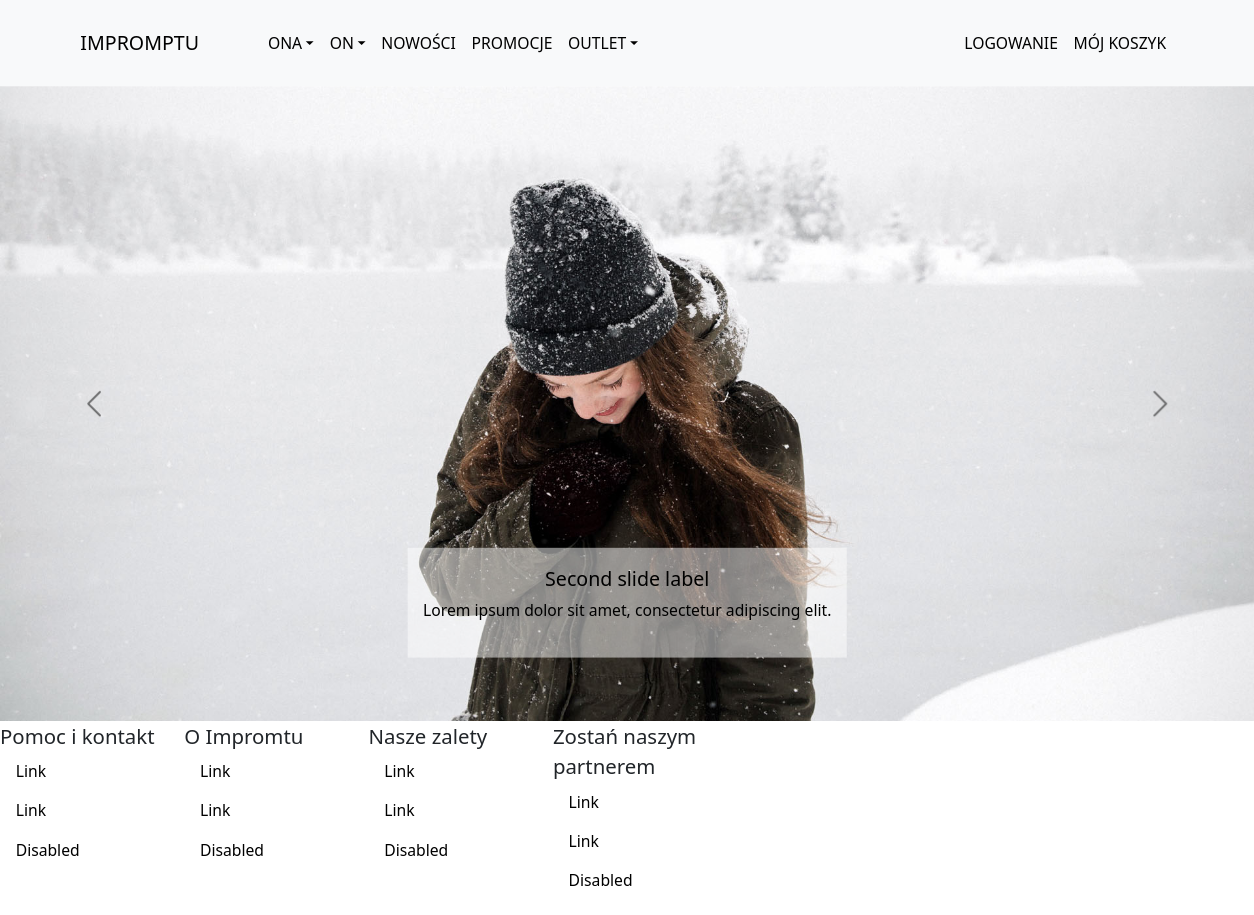
Repository: michalgornicki/Impromptu
Page: /
These files come from the project's save history. The page is drawn as it stood at one moment and after a run of saves; the edit follows.
The browser window is 1280 px wide. The pictures show the whole page, at 98% of full size.
The project was rebuilt for these pictures with package versions that can differ from the ones it lists, and the page was loaded fresh each time.

Above is the page before, as saved 2021-12-23 13:41:00.

### src/App.jsx
import React from "react";
import "./App.css";
import "bootstrap/dist/css/bootstrap.min.css";
import Container from "react-bootstrap/Container";
import Navbar from "react-bootstrap/Navbar";
import Nav from "react-bootstrap/Nav";
import NavDropdown from "react-bootstrap/NavDropdown";
import Carousel from "react-bootstrap/Carousel";
import Row from "react-bootstrap/Row";
import Col from "react-bootstrap/Col";
import photo1 from "./1.jpg";
import photo2 from "./2.jpg";
import photo3 from "./3.jpg";
import photo4 from "./4.jpg";
import photo5 from "./5.jpg";

function App() {
  return (
    <p>
      <Navbar
        collapseOnSelect
        expand="lg"
        bg="light"
        variant="light"
        className="py-4 display-8 text-dark"
      >
        <Container>
          <Navbar.Brand href="#home" className="w-15">IMPROMPTU</Navbar.Brand>
          <Navbar.Toggle aria-controls="responsive-navbar-nav" />
          <Navbar.Collapse id="responsive-navbar-nav">
            <Nav className="me-auto">
              <NavDropdown title="ONA" id="collasible-nav-dropdown">
                <NavDropdown.Item href="#action/3.1">Action</NavDropdown.Item>
                <NavDropdown.Item href="#action/3.2">
                  Another action
                </NavDropdown.Item>
                <NavDropdown.Item href="#action/3.3">
                  Something
                </NavDropdown.Item>
                <NavDropdown.Divider />
                <NavDropdown.Item href="#action/3.4">
                  Separated link
                </NavDropdown.Item>
              </NavDropdown>
              <NavDropdown title="ON" id="collasible-nav-dropdown">
                <NavDropdown.Item href="#action/3.1">Action</NavDropdown.Item>
                <NavDropdown.Item href="#action/3.2">
                  Another action
                </NavDropdown.Item>
                <NavDropdown.Item href="#action/3.3">
                  Something
                </NavDropdown.Item>
                <NavDropdown.Divider />
                <NavDropdown.Item href="#action/3.4">
                  Separated link
                </NavDropdown.Item>
              </NavDropdown>
              <Nav.Link href="#pricing">NOWOŚCI</Nav.Link>
              <Nav.Link href="#pricing">PROMOCJE</Nav.Link>
              <NavDropdown title="OUTLET" id="collasible-nav-dropdown">
                <div className="flex flex-column">
                  <div className="container">
                <NavDropdown.Item href="#action/3.1">Action</NavDropdown.Item>
                <NavDropdown.Item href="#action/3.2">
                  Another action
                </NavDropdown.Item>
                <NavDropdown.Item href="#action/3.3">
                  Something
                </NavDropdown.Item>
                <NavDropdown.Divider />
                <NavDropdown.Item href="#action/3.4">
                  Separated link
                </NavDropdown.Item>
                </div>
                <div className="container">
                <NavDropdown.Item href="#action/3.1">Action</NavDropdown.Item>
                <NavDropdown.Item href="#action/3.2">
                  Another action
                </NavDropdown.Item>
                <NavDropdown.Item href="#action/3.3">
                  Something
                </NavDropdown.Item>
                <NavDropdown.Divider />
                <NavDropdown.Item href="#action/3.4">
                  Separated link
                </NavDropdown.Item>
                </div>
                </div>
              </NavDropdown>
            </Nav>
            <Nav>
              <Nav.Link href="#deets">LOGOWANIE</Nav.Link>
              <Nav.Link href="#memes">MÓJ KOSZYK</Nav.Link>
            </Nav>
          </Navbar.Collapse>
        </Container>
      </Navbar>

      <Carousel variant="dark" indicators={false}>
  <Carousel.Item>
    <img
      className="d-block w-100"
      src={photo1}
      alt="First slide"
    />
    <Carousel.Caption>
      <h5>First slide label</h5>
      <p>Nulla vitae elit libero, a pharetra augue mollis interdum.</p>
    </Carousel.Caption>
  </Carousel.Item>
  <Carousel.Item>
    <img
      className="d-block w-100"
      src={photo2}
      alt="Second slide"
    />
    <Carousel.Caption>
      <h5>Second slide label</h5>
      <p>Lorem ipsum dolor sit amet, consectetur adipiscing elit.</p>
    </Carousel.Caption>
  </Carousel.Item>
  <Carousel.Item>
    <img
      className="d-block w-100"
      src={photo3}
      alt="Third slide"
    />
    <Carousel.Caption>
      <h5>Third slide label</h5>
      <p>Praesent commodo cursus magna, vel scelerisque nisl consectetur.</p>
    </Carousel.Caption>
  </Carousel.Item>
  <Carousel.Item>
    <img
      className="d-block w-100"
      src={photo4}
      alt="Third slide"
    />
    <Carousel.Caption>
      <h5>Third slide label</h5>
      <p>Praesent commodo cursus magna, vel scelerisque nisl consectetur.</p>
    </Carousel.Caption>
  </Carousel.Item>
  <Carousel.Item>
    <img
      className="d-block w-100"
      src={photo5}
      alt="Third slide"
    />
    <Carousel.Caption>
      <h5>Third slide label</h5>
      <p>Praesent commodo cursus magna, vel scelerisque nisl consectetur.</p>
    </Carousel.Caption>
  </Carousel.Item>
</Carousel>


<Nav
  activeKey="/home"
  className="m-auto"
>
  <Row>
  <Col className="w-50">
  <div className="display-7">
    Pomoc i kontakt
  </div>
  <Nav.Item>
    <Nav.Link eventKey="link-1">Link</Nav.Link>
  </Nav.Item>
  <Nav.Item>
    <Nav.Link eventKey="link-2">Link</Nav.Link>
  </Nav.Item>
  <Nav.Item>
    <Nav.Link eventKey="disabled" disabled>
      Disabled
    </Nav.Link>
  </Nav.Item>
  </Col>
  <Col>
  <div className="display-7">
    O Impromtu
  </div>
  <Nav.Item>
    <Nav.Link eventKey="link-1">Link</Nav.Link>
  </Nav.Item>
  <Nav.Item>
    <Nav.Link eventKey="link-2">Link</Nav.Link>
  </Nav.Item>
  <Nav.Item>
    <Nav.Link eventKey="disabled" disabled>
      Disabled
    </Nav.Link>
  </Nav.Item>
  </Col>
  <Col>
  <div className="display-7">
    Nasze zalety
  </div>
  <Nav.Item>
    <Nav.Link eventKey="link-1">Link</Nav.Link>
  </Nav.Item>
  <Nav.Item>
    <Nav.Link eventKey="link-2">Link</Nav.Link>
  </Nav.Item>
  <Nav.Item>
    <Nav.Link eventKey="disabled" disabled>
      Disabled
    </Nav.Link>
  </Nav.Item>
  </Col>
  <Col>
  <div className="display-7">
    Zostań naszym partnerem
  </div>
  <Nav.Item>
    <Nav.Link eventKey="link-1">Link</Nav.Link>
  </Nav.Item>
  <Nav.Item>
    <Nav.Link eventKey="link-2">Link</Nav.Link>
  </Nav.Item>
  <Nav.Item>
    <Nav.Link eventKey="disabled" disabled>
      Disabled
    </Nav.Link>
  </Nav.Item>
  </Col>
  </Row>
</Nav>


    </p>
  );
}

export default App;

### src/App.css
.w-15{
    width: 15%!important;
}

.display-7{
    font-size: 1.3rem;
}

.display-8{
    font-size: 1rem;
}

.nav-link {
    color: black!important;
}

.carousel img {
    height: 90vh;
    object-fit: cover;
}

.carousel-caption{
    background-color: rgba(255, 255, 255, 0.5);
    bottom: 10%!important;
    width: 35%;
    margin: auto;
}

Loaded but not shown: public/index.html (common file); src/index.js (common file); src/index.css (common file); src/reportWebVitals.js (common file)

After the next 2 saves:
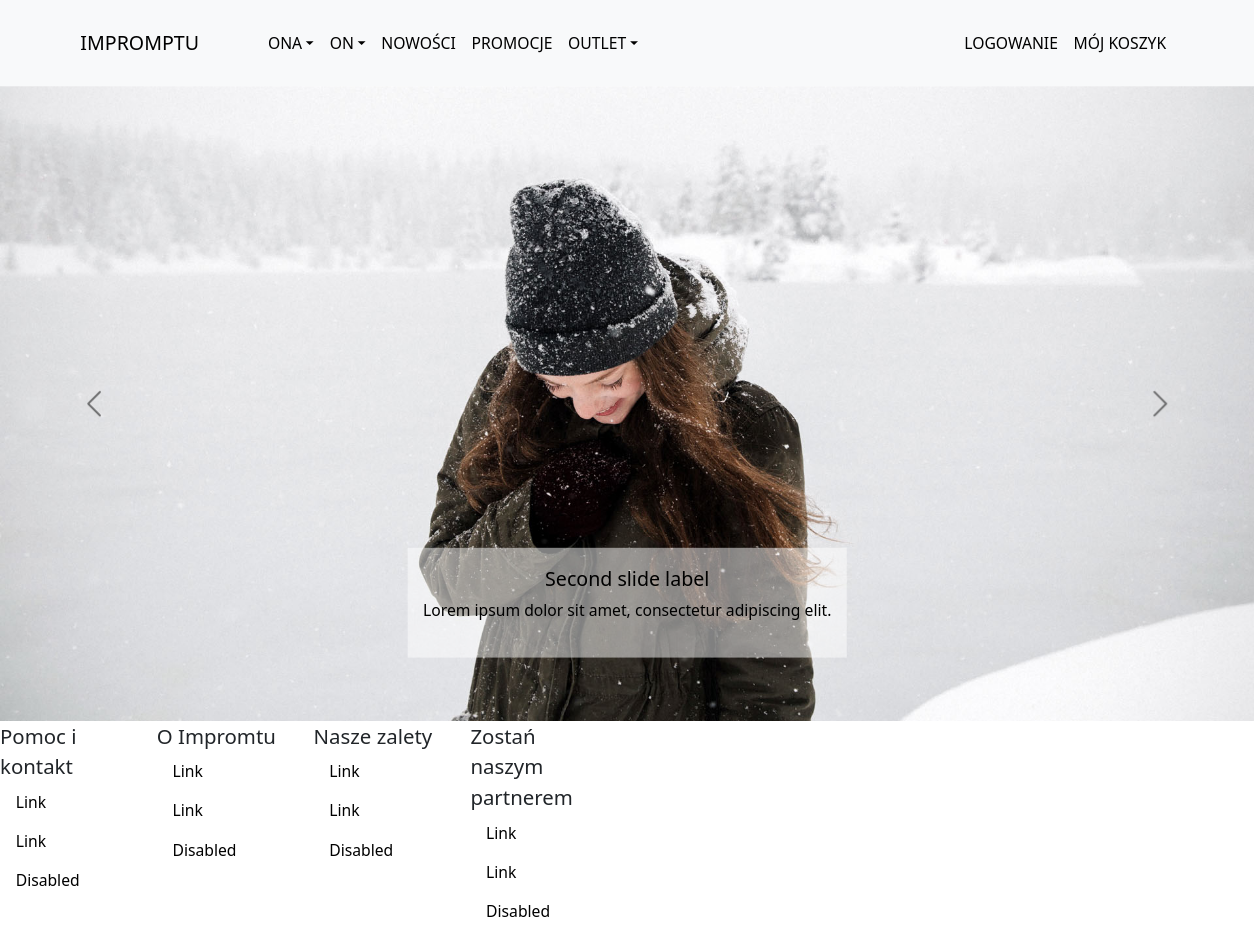
The 2 saves are shown as one change because they came seconds apart.
The last was saved 10 s later.
--- a/src/App.jsx
+++ b/src/App.jsx
@@ -159,8 +159,8 @@ function App() {
   activeKey="/home"
   className="m-auto"
 >
-  <Row>
-  <Col className="w-50">
+  <Row className="w-50">
+  <Col>
   <div className="display-7">
     Pomoc i kontakt
   </div>
